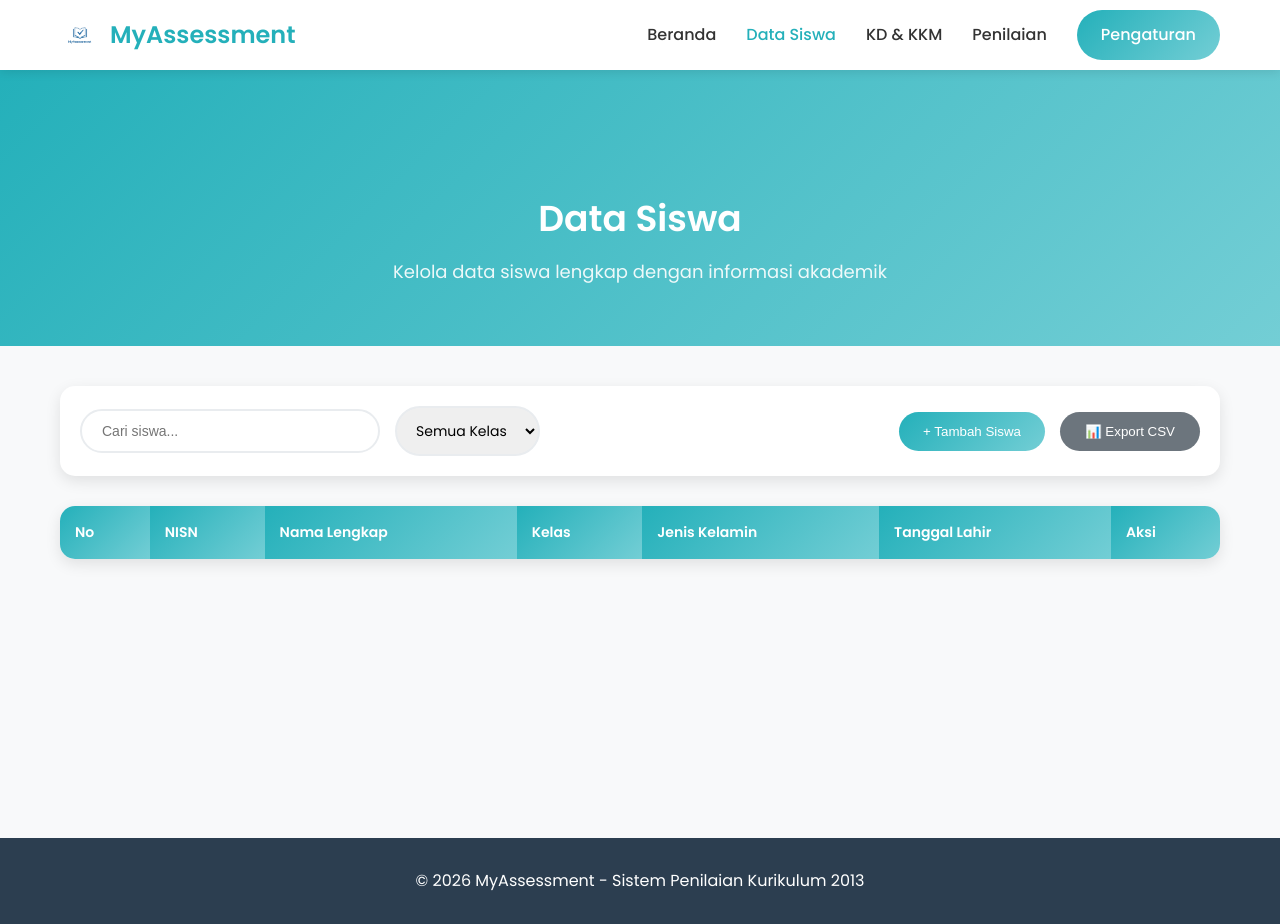
Repository: Ws529/MyAssassment_Final
Page: MyAssessment/wwwroot/siswa.html
An editor plug-in stored every save of this project. The page is shown before and after the next save, followed by the edit.
The browser window is 1280 px wide. The pictures show the whole page.
The page's requests for data from a server got no answer.

Above is the page before, as saved 2026-01-01 14:10:27.

### MyAssessment/wwwroot/siswa.html
<!DOCTYPE html>
<html lang="id">
<head>
    <meta charset="utf-8" />
    <meta name="viewport" content="width=device-width, initial-scale=1.0" />
    <title>Data Siswa - My Assessment</title>
    <link href="https://fonts.googleapis.com/css2?family=Poppins:wght@300;400;500;600;700&display=swap" rel="stylesheet">
    <link href="assets/css/neon-buttons.css" rel="stylesheet">
    <style>
        * { margin: 0; padding: 0; box-sizing: border-box; }
        body { font-family: 'Poppins', sans-serif; line-height: 1.6; color: #333; background-color: #f8f9fa; }
        .container { max-width: 1200px; margin: 0 auto; padding: 0 20px; }

        /* Navigation */
        .navbar { background: #fff; box-shadow: 0 2px 10px rgba(0,0,0,0.1); position: fixed; top: 0; width: 100%; z-index: 1000; }
        .nav-container { max-width: 1200px; margin: 0 auto; padding: 0 20px; display: flex; justify-content: space-between; align-items: center; height: 70px; }
        .nav-brand { display: flex; align-items: center; font-size: 24px; font-weight: 600; color: #24b0ba; gap: 10px; text-decoration: none; }
        .nav-menu { display: flex; align-items: center; gap: 30px; }
        .nav-link { text-decoration: none; color: #333; font-weight: 500; transition: color 0.3s; }
        .nav-link:hover, .nav-link.active { color: #24b0ba; }
        .btn-primary { background: linear-gradient(135deg, #24b0ba, #73ced5); color: white; border: none; padding: 12px 24px; border-radius: 25px; font-weight: 500; cursor: pointer; text-decoration: none; }

        /* Page Header */
        .page-header { background: linear-gradient(135deg, #24b0ba, #73ced5); color: white; padding: 120px 0 60px; margin-top: 70px; text-align: center; }
        .page-header h1 { font-size: 36px; font-weight: 600; margin-bottom: 10px; }
        .page-header p { font-size: 18px; opacity: 0.9; }

        /* Content */
        .page-content { padding: 40px 0; min-height: 60vh; }

        /* Action Bar */
        .action-bar { display: flex; justify-content: space-between; align-items: center; margin-bottom: 30px; padding: 20px; background: white; border-radius: 15px; box-shadow: 0 5px 15px rgba(0,0,0,0.1); flex-wrap: wrap; gap: 15px; }
        .search-filter { display: flex; gap: 15px; align-items: center; flex-wrap: wrap; }
        .search-input { padding: 12px 20px; border: 2px solid #e9ecef; border-radius: 25px; font-size: 14px; width: 300px; outline: none; transition: border-color 0.3s; }
        .search-input:focus { border-color: #24b0ba; }
        .btn-search { background: #24b0ba; color: white; border: none; padding: 12px 25px; border-radius: 25px; font-weight: 500; cursor: pointer; }
        .action-buttons { display: flex; gap: 15px; }
        .btn-secondary { background: #6c757d; color: white; border: none; padding: 12px 25px; border-radius: 25px; font-weight: 500; cursor: pointer; }
        .btn-success { background: #28a745; color: white; border: none; padding: 12px 25px; border-radius: 25px; font-weight: 500; cursor: pointer; }

        /* Form Card */
        .form-card { background: white; padding: 30px; border-radius: 15px; box-shadow: 0 5px 15px rgba(0,0,0,0.1); margin-bottom: 30px; display: none; }
        .form-card.active { display: block; }
        .form-card h3 { font-size: 24px; font-weight: 600; margin-bottom: 25px; color: #333; border-bottom: 2px solid #24b0ba; padding-bottom: 10px; }
        .form-grid { display: grid; grid-template-columns: repeat(auto-fit, minmax(300px, 1fr)); gap: 20px; margin-bottom: 25px; }
        .form-group { display: flex; flex-direction: column; }
        .form-group.full-width { grid-column: 1 / -1; }
        .form-group label { font-weight: 500; margin-bottom: 8px; color: #333; }
        .form-input, .form-select { padding: 12px 15px; border: 2px solid #e9ecef; border-radius: 8px; font-size: 14px; outline: none; transition: border-color 0.3s; font-family: 'Poppins', sans-serif; }
        .form-input:focus, .form-select:focus { border-color: #24b0ba; }
        .form-actions { display: flex; gap: 15px; justify-content: flex-end; padding-top: 20px; border-top: 1px solid #e9ecef; }

        /* Data Grid */
        .data-grid { background: white; border-radius: 15px; overflow: hidden; box-shadow: 0 5px 15px rgba(0,0,0,0.1); }
        .grid-table { width: 100%; border-collapse: collapse; font-size: 14px; }
        .grid-table th { background: linear-gradient(135deg, #24b0ba, #73ced5); color: white; padding: 15px; text-align: left; font-weight: 600; }
        .grid-table td { padding: 15px; border-bottom: 1px solid #e9ecef; vertical-align: middle; }
        .grid-table tr:hover { background: #f8f9fa; }
        .grid-table tr:last-child td { border-bottom: none; }
        .btn-edit { background: #28a745; color: white; border: none; padding: 8px 15px; border-radius: 5px; font-size: 12px; cursor: pointer; margin-right: 5px; }
        .btn-delete { background: #dc3545; color: white; border: none; padding: 8px 15px; border-radius: 5px; font-size: 12px; cursor: pointer; }

        /* Empty State */
        .empty-state { text-align: center; padding: 60px 20px; color: #666; }
        .empty-state h3 { font-size: 24px; margin-bottom: 10px; color: #333; }

        /* Message */
        .message { padding: 15px 20px; border-radius: 8px; margin-bottom: 20px; display: none; }
        .message.success { background: #d4edda; color: #155724; border: 1px solid #c3e6cb; display: block; }
        .message.error { background: #f8d7da; color: #721c24; border: 1px solid #f5c6cb; display: block; }

        /* Footer */
        .footer { background: #2c3e50; color: white; padding: 30px 0; text-align: center; margin-top: 60px; }

        /* Responsive */
        @media (max-width: 768px) {
            .action-bar { flex-direction: column; align-items: stretch; }
            .search-input { width: 100%; }
            .nav-menu { display: none; }
            .grid-table { display: block; overflow-x: auto; }
        }
    </style>
</head>
<body>
    <!-- Navigation -->
    <nav class="navbar">
        <div class="nav-container">
            <a href="index.html" class="nav-brand">
                <img src="assets/img/logo.png" alt="MyAssessment Logo" style="height: 40px; width: auto;">
                <span>MyAssessment</span>
            </a>
            <div class="nav-menu">
                <a href="index.html" class="nav-link">Beranda</a>
                <a href="siswa.html" class="nav-link active">Data Siswa</a>
                <a href="kompetensi.html" class="nav-link">KD & KKM</a>
                <a href="penilaian.html" class="nav-link">Penilaian</a>
                <a href="pengaturan.html" class="btn-primary">Pengaturan</a>
            </div>
        </div>
    </nav>

    <!-- Page Header -->
    <section class="page-header">
        <div class="container">
            <h1>Data Siswa</h1>
            <p>Kelola data siswa lengkap dengan informasi akademik</p>
        </div>
    </section>

    <!-- Content -->
    <section class="page-content">
        <div class="container">
            <!-- Message -->
            <div class="message" id="message"></div>

            <!-- Action Bar -->
            <div class="action-bar">
                <div class="search-filter">
                    <input type="text" class="search-input" id="searchInput" placeholder="Cari siswa..." onkeyup="searchStudents()">
                    <select class="form-select" id="filterKelas" onchange="filterStudents()" style="padding: 12px 15px; border-radius: 25px;">
                        <option value="">Semua Kelas</option>
                    </select>
                </div>
                <div class="action-buttons">
                    <button class="btn-primary" onclick="showForm()">+ Tambah Siswa</button>
                    <button class="btn-secondary" onclick="exportCSV()">📊 Export CSV</button>
                </div>
            </div>

            <!-- Form Card -->
            <div class="form-card" id="formCard">
                <h3 id="formTitle">Tambah Siswa Baru</h3>
                <div class="form-grid">
                    <div class="form-group">
                        <label>NISN</label>
                        <input type="text" class="form-input" id="nisn" placeholder="Masukkan NISN">
                    </div>
                    <div class="form-group">
                        <label>Nama Lengkap</label>
                        <input type="text" class="form-input" id="nama" placeholder="Masukkan nama lengkap">
                    </div>
                    <div class="form-group">
                        <label>Kelas</label>
                        <select class="form-select" id="kelas">
                            <option value="">Pilih Kelas</option>
                            <option value="X IPA 1">X IPA 1</option>
                            <option value="X IPA 2">X IPA 2</option>
                            <option value="XI IPA 1">XI IPA 1</option>
                            <option value="XI IPA 2">XI IPA 2</option>
                            <option value="XII IPA 1">XII IPA 1</option>
                        </select>
                    </div>
                    <div class="form-group">
                        <label>Jenis Kelamin</label>
                        <select class="form-select" id="gender">
                            <option value="">Pilih Jenis Kelamin</option>
                            <option value="Laki-laki">Laki-laki</option>
                            <option value="Perempuan">Perempuan</option>
                        </select>
                    </div>
                    <div class="form-group">
                        <label>Tanggal Lahir</label>
                        <input type="date" class="form-input" id="tanggalLahir">
                    </div>
                    <div class="form-group full-width">
                        <label>Alamat</label>
                        <textarea class="form-input" id="alamat" rows="3" placeholder="Masukkan alamat lengkap"></textarea>
                    </div>
                </div>
                <div class="form-actions">
                    <button class="btn-primary" onclick="saveStudent()">Simpan</button>
                    <button class="btn-secondary" onclick="hideForm()">Batal</button>
                </div>
            </div>

            <!-- Data Grid -->
            <div class="data-grid">
                <table class="grid-table" id="studentTable">
                    <thead>
                        <tr>
                            <th>No</th>
                            <th>NISN</th>
                            <th>Nama Lengkap</th>
                            <th>Kelas</th>
                            <th>Jenis Kelamin</th>
                            <th>Tanggal Lahir</th>
                            <th>Aksi</th>
                        </tr>
                    </thead>
                    <tbody id="studentBody">
                        <!-- Data will be loaded here -->
                    </tbody>
                </table>
            </div>
        </div>
    </section>

    <!-- Footer -->
    <footer class="footer">
        <div class="container">
            <p>© 2026 MyAssessment - Sistem Penilaian Kurikulum 2013</p>
        </div>
    </footer>

    <script>
        const API_URL = '/api';
        let students = [];
        let kelasList = [];
        let editingId = null;

        document.addEventListener('DOMContentLoaded', function() {
            loadKelasOptions();
            loadStudents();
        });

        async function loadKelasOptions() {
            try {
                const res = await fetch(`${API_URL}/kelas`);
                kelasList = await res.json();

                const filterKelas = document.getElementById('filterKelas');
                filterKelas.innerHTML = '<option value="">Semua Kelas</option>';
                kelasList.forEach(k => filterKelas.innerHTML += `<option value="${k.nama}">${k.nama}</option>`);

                const formKelas = document.getElementById('kelas');
                formKelas.innerHTML = '<option value="">Pilih Kelas</option>';
                kelasList.forEach(k => formKelas.innerHTML += `<option value="${k.nama}">${k.nama}</option>`);
            } catch (err) {
                console.error('Error loading kelas:', err);
            }
        }

        async function loadStudents() {
            try {
                const res = await fetch(`${API_URL}/siswa`);
                students = await res.json();
                renderStudents();
            } catch (err) {
                console.error('Error loading students:', err);
                showMessage('Gagal memuat data siswa', 'error');
            }
        }

        function renderStudents(data = students) {
            const tbody = document.getElementById('studentBody');

            if (data.length === 0) {
                tbody.innerHTML = `
                    <tr>
                        <td colspan="7">
                            <div class="empty-state">
                                <h3>Belum ada data siswa</h3>
                                <p>Klik tombol "Tambah Siswa" untuk menambah data siswa baru</p>
                            </div>
                        </td>
                    </tr>
                `;
                return;
            }

            tbody.innerHTML = data.map((student, index) => `
                <tr>
                    <td>${index + 1}</td>
                    <td>${student.nisn}</td>
                    <td>${student.nama}</td>
                    <td>${student.kelas}</td>
                    <td>${student.gender}</td>
                    <td>${formatDate(student.tanggalLahir)}</td>
                    <td>
                        <button class="btn-edit" onclick="editStudent('${student.id}')">Edit</button>
                        <button class="btn-delete" onclick="deleteStudent('${student.id}')">Hapus</button>
                    </td>
                </tr>
            `).join('');
        }

        function formatDate(dateStr) {
            if (!dateStr) return '-';
            const date = new Date(dateStr);
            return date.toLocaleDateString('id-ID', { day: '2-digit', month: '2-digit', year: 'numeric' });
        }

        function showForm() {
            document.getElementById('formCard').classList.add('active');
            document.getElementById('formTitle').textContent = 'Tambah Siswa Baru';
            clearForm();
            editingId = null;
        }

        function hideForm() {
            document.getElementById('formCard').classList.remove('active');
            clearForm();
            editingId = null;
        }

        function clearForm() {
            document.getElementById('nisn').value = '';
            document.getElementById('nama').value = '';
            document.getElementById('kelas').value = '';
            document.getElementById('gender').value = '';
            document.getElementById('tanggalLahir').value = '';
            document.getElementById('alamat').value = '';
        }

        async function saveStudent() {
            const student = {
                nisn: document.getElementById('nisn').value,
                nama: document.getElementById('nama').value,
                kelas: document.getElementById('kelas').value,
                gender: document.getElementById('gender').value,
                tanggalLahir: document.getElementById('tanggalLahir').value,
                alamat: document.getElementById('alamat').value
            };

            if (!student.nisn || !student.nama || !student.kelas) {
                showMessage('Mohon lengkapi data NISN, Nama, dan Kelas!', 'error');
                return;
            }

            try {
                let res;
                if (editingId) {
                    res = await fetch(`${API_URL}/siswa/${editingId}`, {
                        method: 'PUT',
                        headers: { 'Content-Type': 'application/json' },
                        body: JSON.stringify(student)
                    });
                } else {
                    res = await fetch(`${API_URL}/siswa`, {
                        method: 'POST',
                        headers: { 'Content-Type': 'application/json' },
                        body: JSON.stringify(student)
                    });
                }

                const result = await res.json();
                showMessage(result.message, 'success');
                hideForm();
                loadStudents();
            } catch (err) {
                showMessage('Gagal menyimpan data', 'error');
            }
        }

        function editStudent(id) {
            const student = students.find(s => s.id === id);
            if (student) {
                document.getElementById('nisn').value = student.nisn;
                document.getElementById('nama').value = student.nama;
                document.getElementById('kelas').value = student.kelas;
                document.getElementById('gender').value = student.gender;
                document.getElementById('tanggalLahir').value = student.tanggalLahir;
                document.getElementById('alamat').value = student.alamat || '';

                document.getElementById('formCard').classList.add('active');
                document.getElementById('formTitle').textContent = 'Edit Data Siswa';
                editingId = id;
            }
        }

        async function deleteStudent(id) {
            if (confirm('Yakin ingin menghapus data siswa ini?')) {
                try {
                    const res = await fetch(`${API_URL}/siswa/${id}`, { method: 'DELETE' });
                    const result = await res.json();
                    showMessage(result.message, 'success');
                    loadStudents();
                } catch (err) {
                    showMessage('Gagal menghapus data', 'error');
                }
            }
        }

        function searchStudents() {
            const searchTerm = document.getElementById('searchInput').value.toLowerCase();
            const filtered = students.filter(s =>
                s.nama.toLowerCase().includes(searchTerm) ||
                s.nisn.includes(searchTerm)
            );
            renderStudents(filtered);
        }

        function filterStudents() {
            const kelas = document.getElementById('filterKelas').value;
            const filtered = kelas ? students.filter(s => s.kelas === kelas) : students;
            renderStudents(filtered);
        }

        function exportCSV() {
            let csv = 'NISN,Nama,Kelas,Jenis Kelamin,Tanggal Lahir,Alamat\n';
            students.forEach(s => {
                csv += `${s.nisn},${s.nama},${s.kelas},${s.gender},${s.tanggalLahir},"${s.alamat || ''}"\n`;
            });

            const blob = new Blob([csv], { type: 'text/csv' });
            const url = window.URL.createObjectURL(blob);
            const a = document.createElement('a');
            a.href = url;
            a.download = 'DataSiswa.csv';
            a.click();

            showMessage('Data berhasil diekspor ke CSV!', 'success');
        }

        function showMessage(text, type) {
            const msg = document.getElementById('message');
            msg.textContent = text;
            msg.className = 'message ' + type;
            setTimeout(() => { msg.className = 'message'; }, 3000);
        }
    </script>
</body>
</html>

Loaded but not shown: MyAssessment/wwwroot/assets/css/neon-buttons.css (288 lines, source omitted)

After the next save:
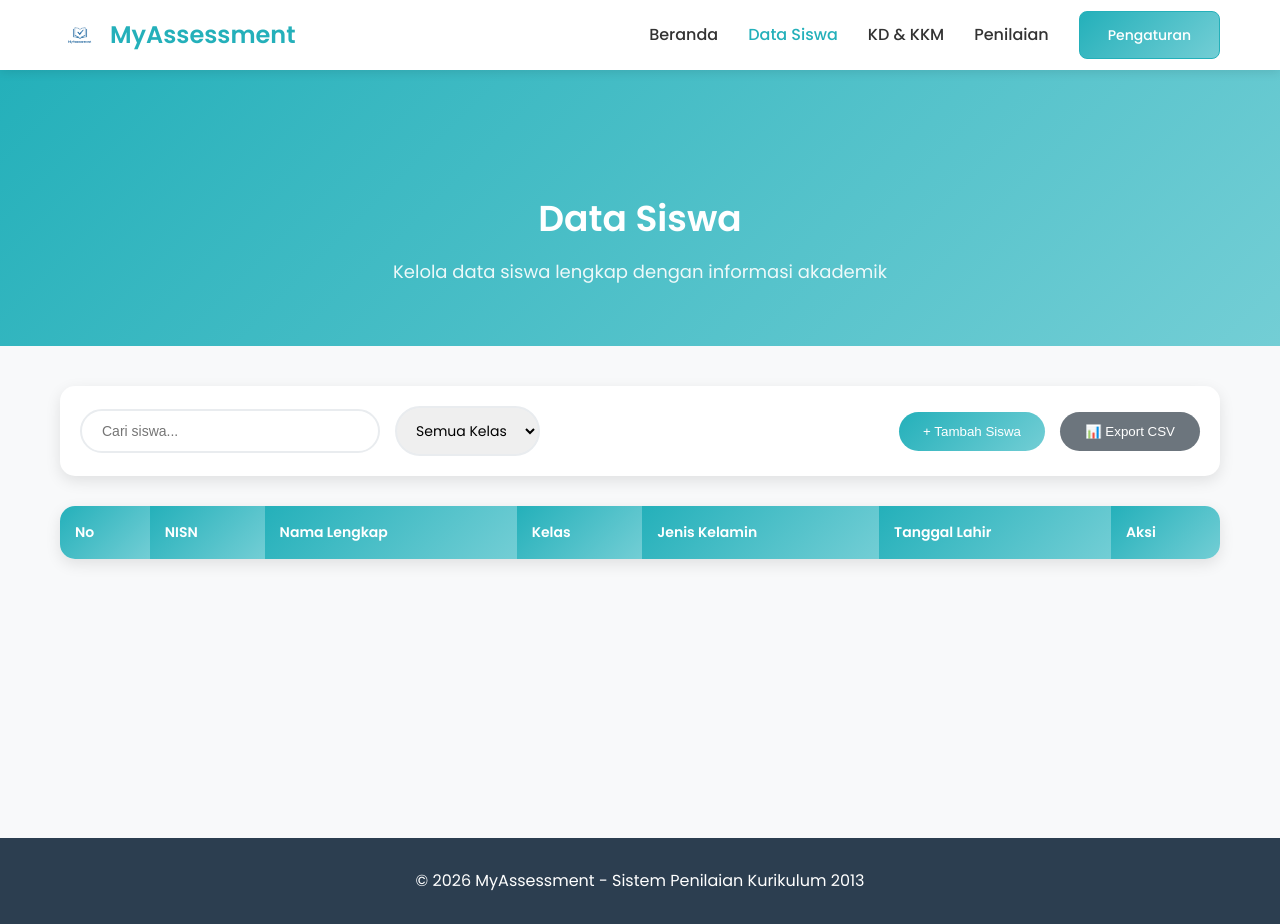
Saved 7 s later.
--- a/MyAssessment/wwwroot/siswa.html
+++ b/MyAssessment/wwwroot/siswa.html
@@ -94,7 +94,7 @@
                 <a href="siswa.html" class="nav-link active">Data Siswa</a>
                 <a href="kompetensi.html" class="nav-link">KD & KKM</a>
                 <a href="penilaian.html" class="nav-link">Penilaian</a>
-                <a href="pengaturan.html" class="btn-primary">Pengaturan</a>
+                <a href="pengaturan.html" class="btn-neon btn-neon-primary">Pengaturan</a>
             </div>
         </div>
     </nav>
